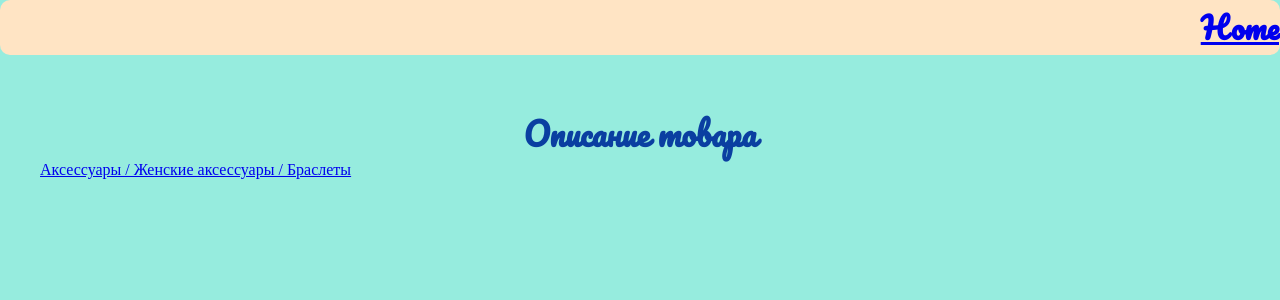
Repository: annamsklv/web
Page: seminar2_26.01/product page.html
An editor plug-in stored every save of this project. The page is shown before and after the next save, followed by the edit.
The browser window is 1280 px wide. The pictures show the whole page.

Above is the page before, as saved 2023-02-01 20:22:30.

### seminar2_26.01/product page.html
<!DOCTYPE html>
<html lang="en">
<head>
    <meta charset="UTF-8">
    <meta http-equiv="X-UA-Compatible" content="IE-edge">
    <meta name="viewport" content="width=device-width, initial-scale=1.0">
    <div class="home">
        <a class="link" href="index.html">Home</a>
    </div>
    <title>Продукт</title>
    <link rel="preconnect" href="https://fonts.googleapis.com">
<link rel="preconnect" href="https://fonts.gstatic.com" crossorigin>
<link href="https://fonts.googleapis.com/css2?family=Pacifico&display=swap" rel="stylesheet">
    <link rel="stylesheet" href="product style.css">

</head>


<body>

    <div class="header">
    <div class="container"></div>
    <h1 class="title">Описание товара</h1>
    </div>
    </div>

    <div class="content">
        <div class="container">
            <div class="categories">
                <a class="category-link" href="#">Аксессуары / Женские аксессуары / Браслеты</a>
            </div>

        </div>
    </div>

<div class="footer">


</div>

</body>
</html>

### seminar2_26.01/product style.css
* {
    margin: 0;
    padding: 0;
}

body{
    background-color: rgb(150, 236, 222);
}
.container{
    width: 1200px;
    margin: 0 auto;
}

.title{
    text-align: center;
    margin-top: 50px;
    font-family: 'Pacifico';
    color: rgb(10, 63, 161);
}

.home{
    font-family: 'Pacifico', cursive;
    color: rgb(10, 63, 161);
    font-size: 30px;
    font-weight: bold;
    background-color: bisque;
    border-radius: 10px;
    display: block;
    border: 1px solid transparent;
    text-align: right;
}

.home:hover{
    border: 1 px solid darkmagenta;
    color: darkmagenta;
    background-color: white;

}

.category{
    color:bisque;

}

After the next save:
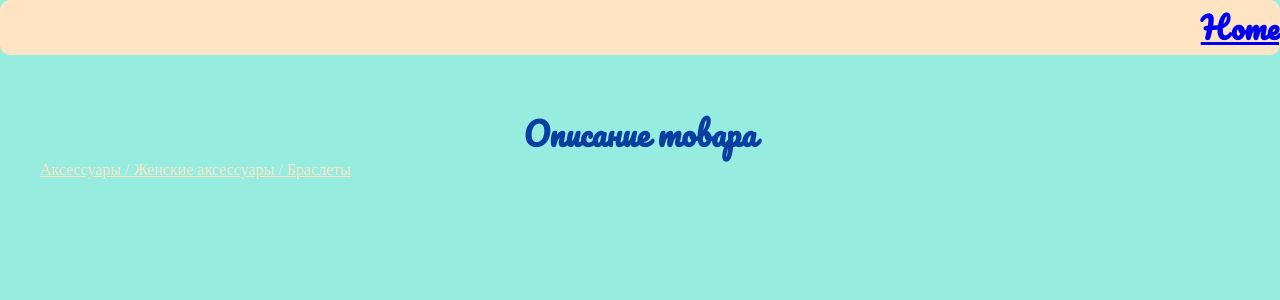
Saved 9 s later.
--- a/seminar2_26.01/product style.css
+++ b/seminar2_26.01/product style.css
@@ -37,7 +37,7 @@ body{
 
 }
 
-.category{
+.category-link{
     color:bisque;
 
 }
